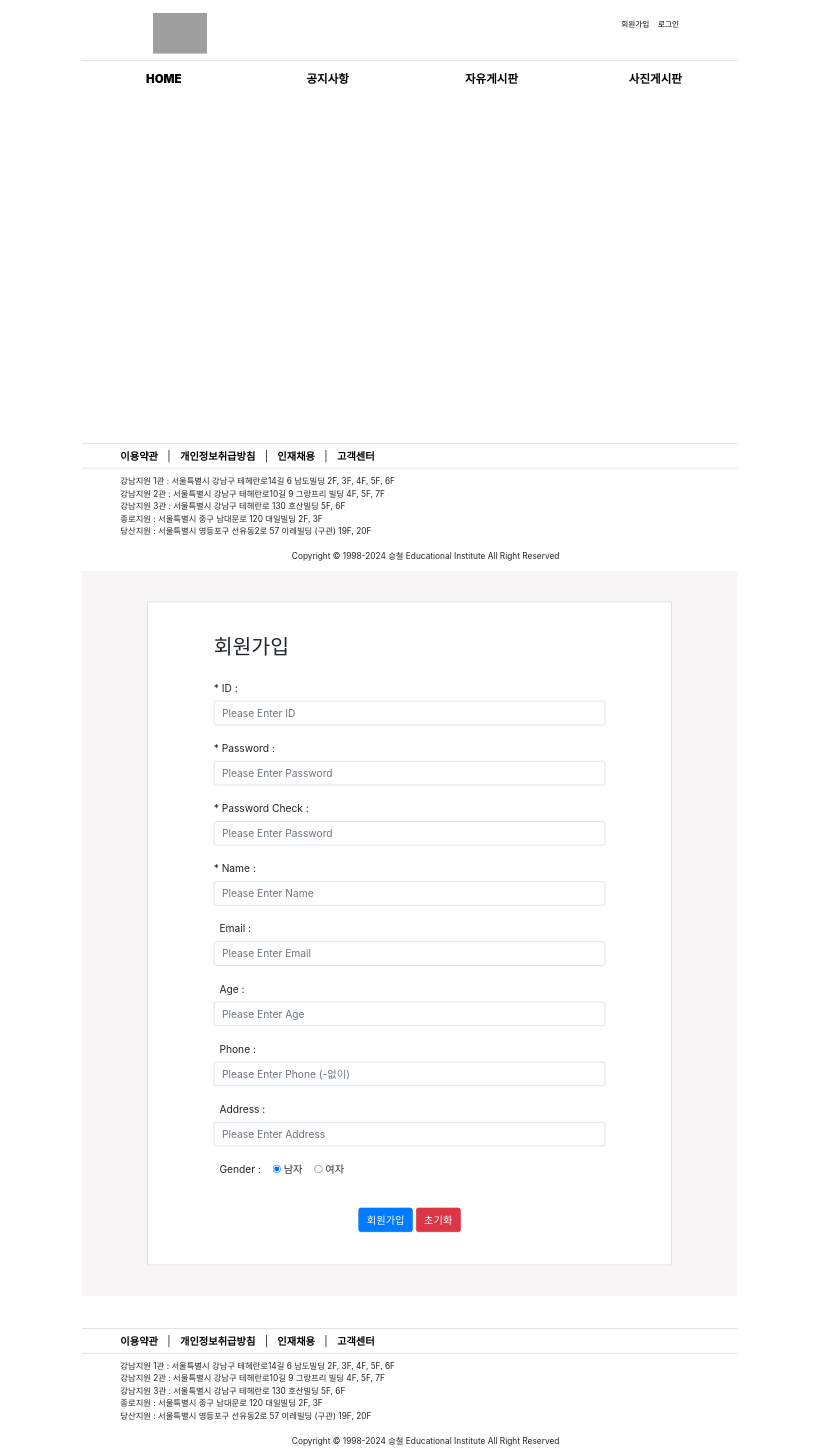
Repository: dongja86/spring
Page: http://localhost/springProject/WEB-INF/views/member/memberEnrollForm.jsp
An editor plug-in stored every save of this project. The page is shown before and after the next save, followed by the edit.
The browser window is 1280 px wide. The pictures show the whole page, at 64% of full size.
Pictures or frames that could not be fetched are drawn as grey boxes. The page is served by Tomcat 9. Nobody is signed in. The template is opened directly, without the code that normally fills it, so the values that code supplies are empty.

Above is the page before, as saved 2024-04-17 03:05:37.

After the next save:
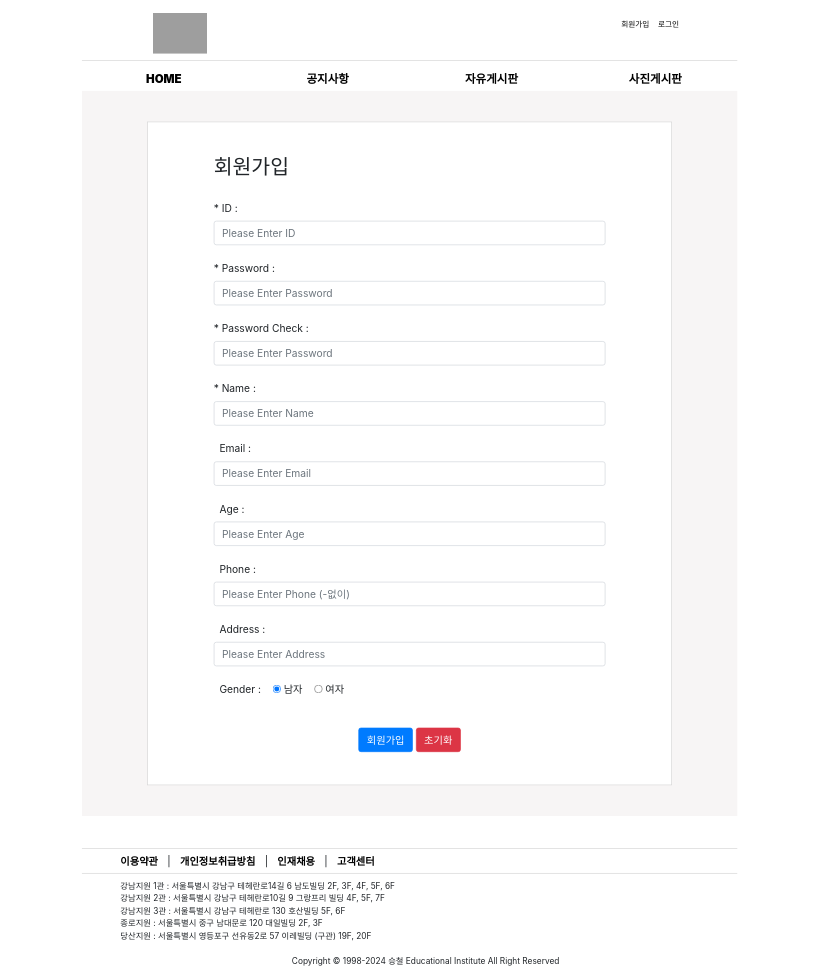
Saved 37 s later.
--- a/springProject/src/main/webapp/WEB-INF/views/member/memberEnrollForm.jsp
+++ b/springProject/src/main/webapp/WEB-INF/views/member/memberEnrollForm.jsp
@@ -29,7 +29,7 @@
 <body>
 
     <!-- 메뉴바 -->
-    <jsp:include page="../main.jsp" />
+    <jsp:include page="../common/header.jsp" />
 
     <div class="content">
         <br><br>
